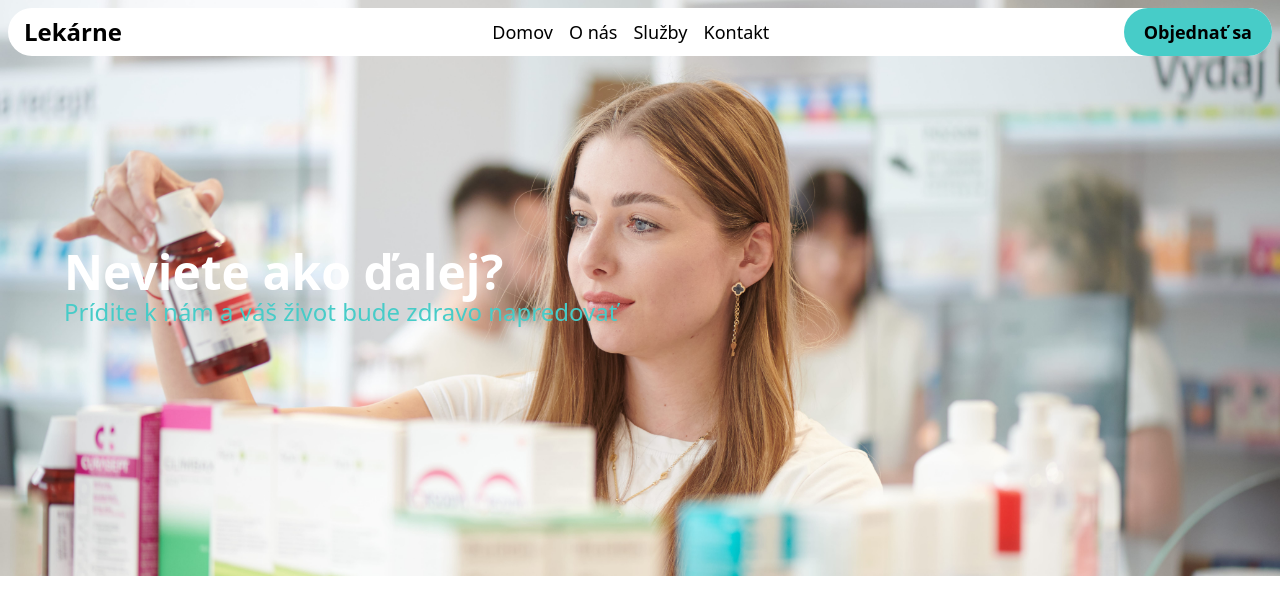
Repository: SimonSkoda13/Lekaren
Page: /
These files come from the project's save history. The page is drawn as it stood at one moment and after the next save; the edit follows.
The browser window is 1280 px wide. The pictures show the whole page.
The project was rebuilt for these pictures with package versions that can differ from the ones it lists, and the page was loaded fresh each time. The framework's server and built-in components were replaced by stand-ins that run in the browser. Also part of the build but not shown: next.config.js.

Above is the page before, as saved 2023-04-22 17:00:26.

After the next save:
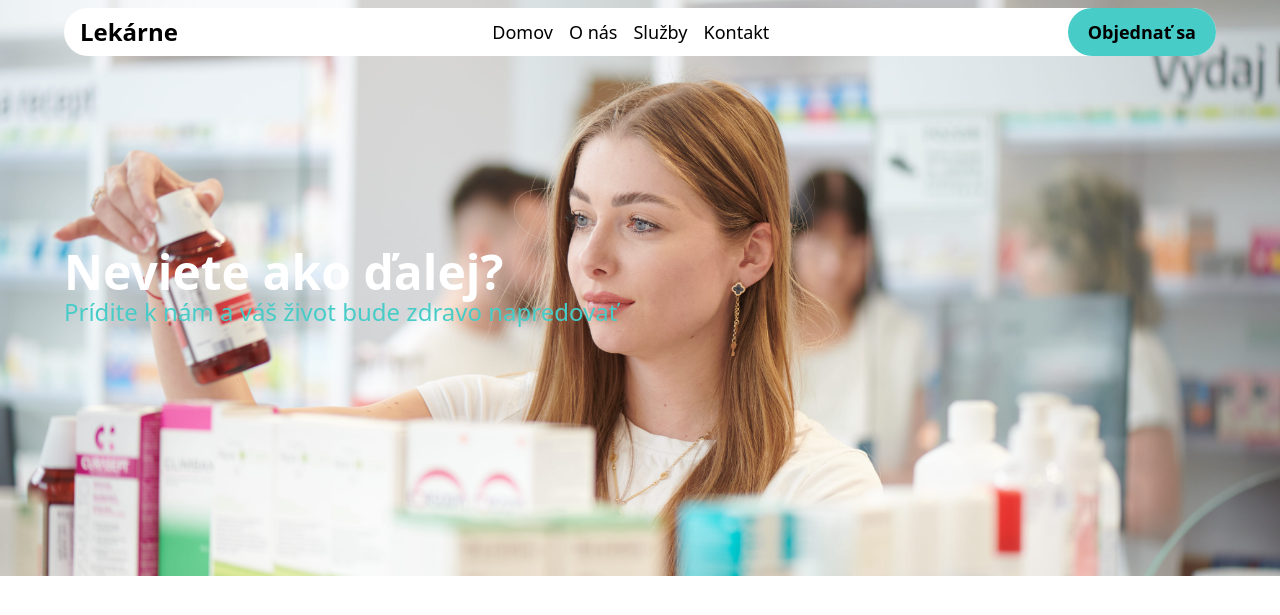
Saved 55 s later.
--- a/src/app/components/Header/Header.tsx
+++ b/src/app/components/Header/Header.tsx
@@ -6,7 +6,7 @@ export interface HeaderProps {}
 export const Header = (props: HeaderProps) => {
   const {} = props;
   return (
-    <header className="fixed w-full top-2 z-10 px-2">
+    <header className="cntn fixed w-full top-2 z-10">
       <div className="flex bg-white rounded-full">
         <h1 className="py-2 px-4 text-2xl font-bold">Lekárne</h1>
         <div className="py-2 px-4 flex gap-4 items-center mx-auto text-lg font-medium">
